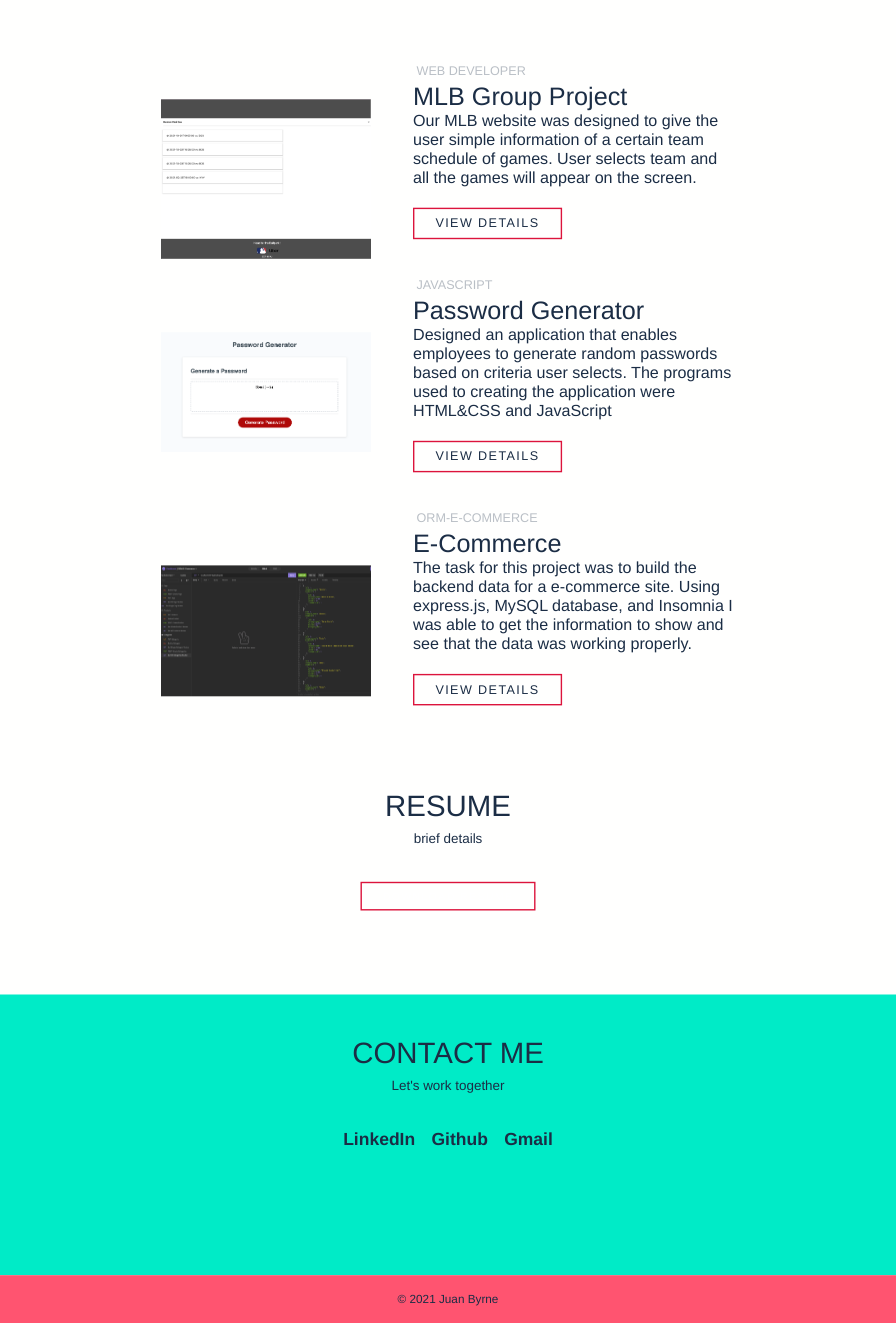
Repository: jb150524/JB-Portfolio
Page: index.html
The author's editor kept a copy of each file at every save. The page is drawn from the files as they stood at one save, then again after a run of saves.
The browser window is 1280 px wide. The pictures show the part of the page from y = 2474 to 4394 px (the page is 4364 px tall before and 4394 px after), at 70% of full size.
Some web libraries are served in a nearby version.

Above is the page before, as saved 2021-09-25 21:40:05.

After the next 2 saves:
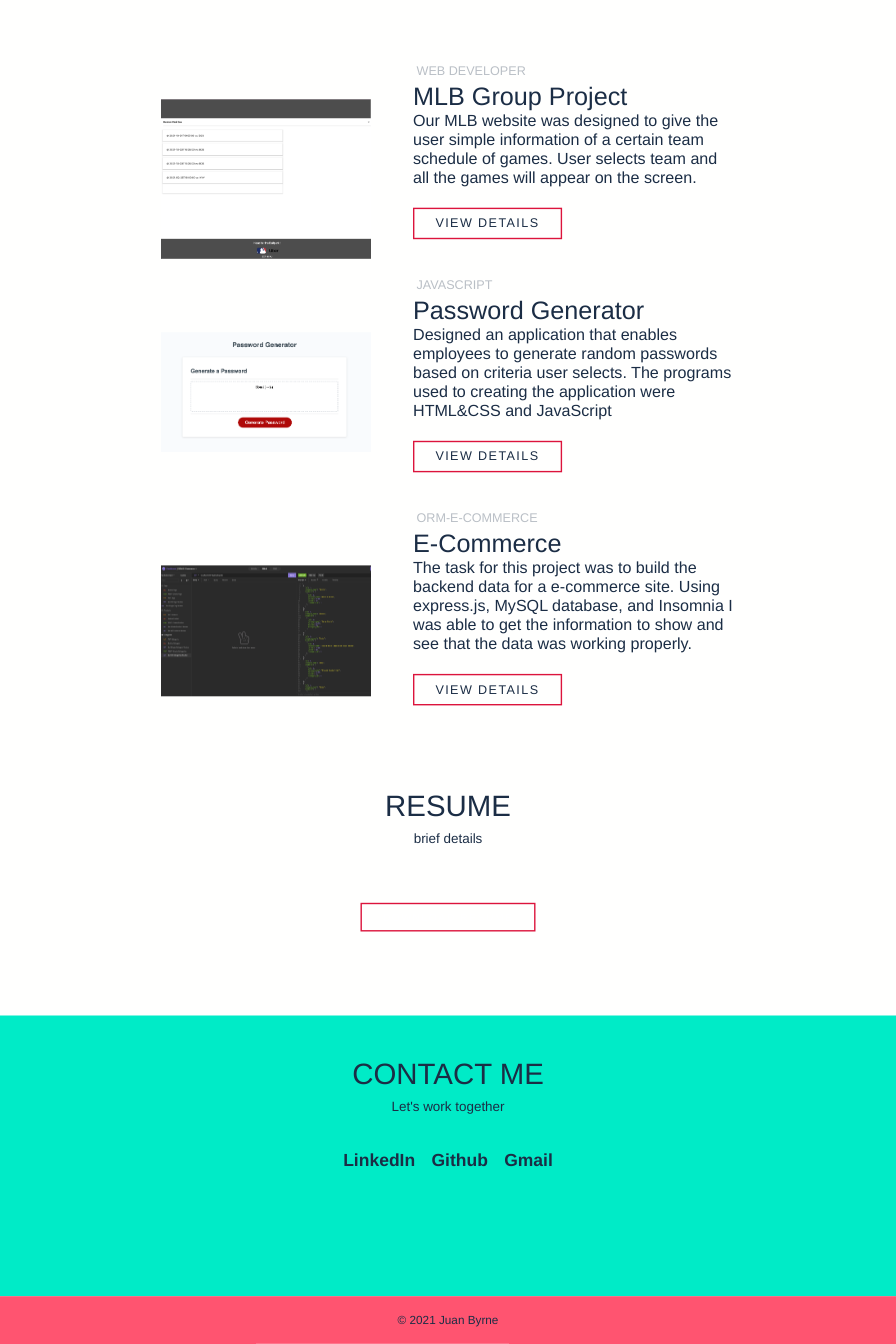
The 2 saves are shown as one change because they came seconds apart.
The last was saved 8 s later.
--- a/style.css
+++ b/style.css
@@ -42,7 +42,8 @@ a {
     font-size: 15px;
     text-transform: uppercase;
     letter-spacing: 2px;
-    margin-top: ;
+    margin-top: 30px;
+
 }
 
 p {
